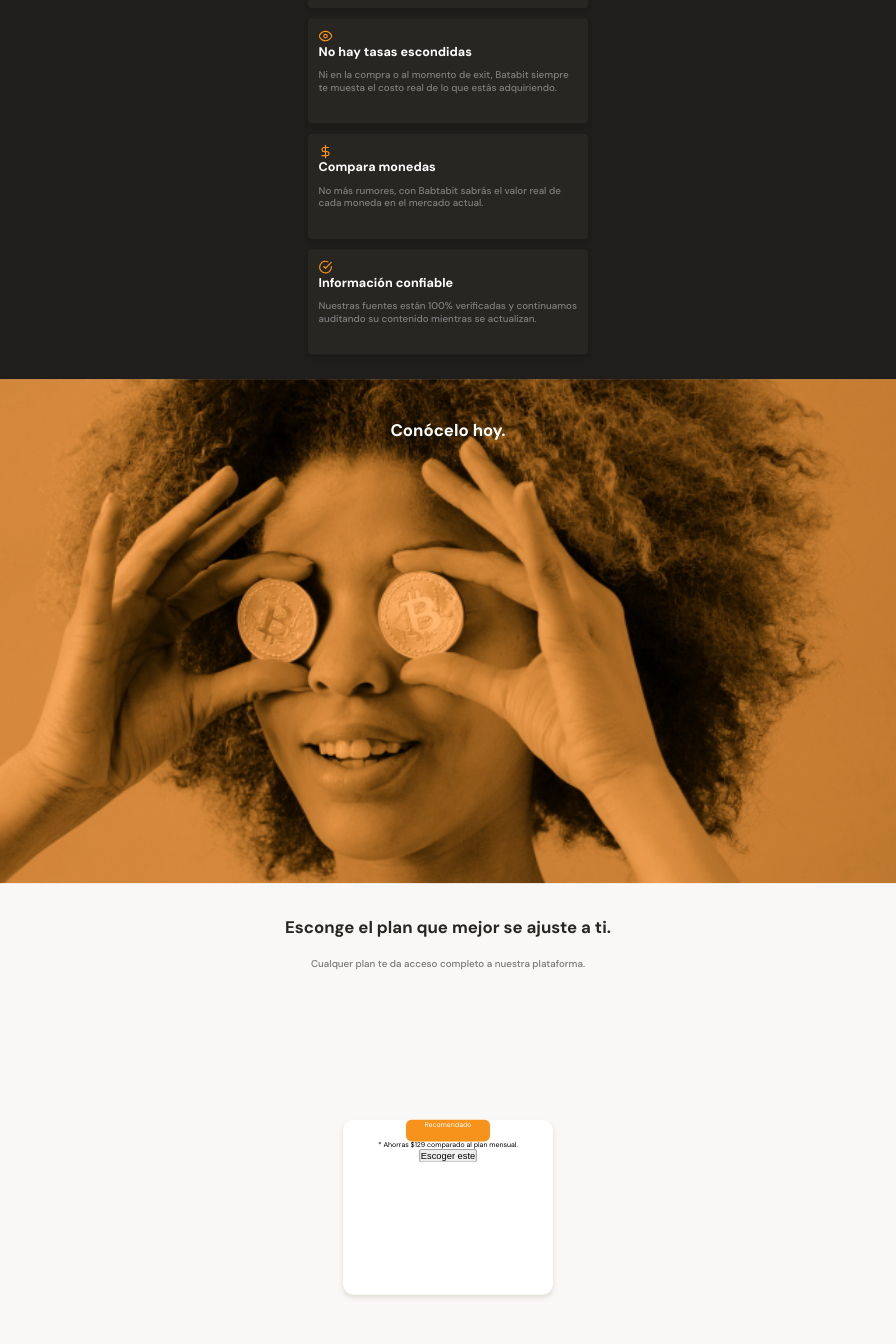
Repository: elto82/mobileFirst
Page: index.html
The author's editor kept a copy of each file at every save. The page is drawn from the files as they stood at one save, then again after the next save.
The browser window is 1280 px wide. The pictures show the part of the page from y = 1441 to 3361 px (the page is 3361 px tall), at 70% of full size.
Some web fonts or font styles are not loaded; a fallback is used.

Above is the page before, as saved 2022-06-08 20:02:35.

### index.html
<!DOCTYPE html>
<html lang="en">
  <head>
    <meta charset="UTF-8" />
    <meta http-equiv="X-UA-Compatible" content="IE=edge" />
    <meta name="viewport" content="width=device-width, initial-scale=1.0" />
    <link rel="preconnect" href="https://fonts.googleapis.com" />
    <link rel="preconnect" href="https://fonts.gstatic.com" crossorigin />
    <link
      href="https://fonts.googleapis.com/css2?family=DM+Sans:wght@400;500;700&family=Inter:wght@300;500&family=Poppins:ital,wght@0,300;1,400;1,600&family=Quicksand:wght@300;500;700&family=Roboto:wght@400;700&family=Rubik+Beastly&display=swap"
      rel="stylesheet"
    />
    <link rel="stylesheet" href="./style.css">
    <title>Document</title>
  </head>
  <body>
    <header>
        <img src="./assets/img/logo.svg" alt="">
        <div class="header-title-container">
            <h1>La próxima revolución en el intercambio de criptomonedas.</h1>
            <p>Batatabit te ayuda a navegar entre los diferentes precios y tendencias.  </p>
            <a href="#plans" class="header-button">Conoce nuestros planes <span></span></a>
        </div>
    </header>
    <main>
      <section class="main-exchange-container">
          <div class="backgroundImg"></div>
          <div class="main-exchange-conintainer--title">
            <h2>Visibilizamos todas las tasas de cambio.</h2>
            <p>Traemos información en tiempo real de las casas de cambio y las monedas más importantes del mundo.</p>
          </div>
          <section class="main-tables-container">
              <div class="main-currency-table">
                <p class="currency-table--title">Monedas</p>
                <div class="currency-table--container">
                  <table>
                    <tr>
                      <td class="table__top-left">Bitcoin</td>
                      <td class="table__top-right table__right" >$1.96 <span class="down"></span></td>
                    </tr>
                    <tr>
                      <td>Ethereum</td>
                      <td class="table__right">$0.07 <span class="up"></span></td>
                    </tr>
                    <tr>
                      <td>Riple</td>
                      <td class="table__right">$2.15<span class="down"></span></td>
                    </tr>
                    <tr>
                      <td class="table__bottom-left">Stellar</td>
                      <td class="table__botton-right table__right">$4.96 <span class="down"></span></td>
                    </tr>
                  </table>
                </div>
                <div class="currency-table--date">
                  <p><b> Actualizado:</b> 19 julio 23:45</p>
                </div>
              </div>
          </section>
      </section>

      <section class="main-product-detail">
        <span class="product-detail--batata-logo"></span>
        <div class="product-detail--title">
          <h2>Creamos un producto sin comparación.</h2>
          <p>Confiable y diseñado para su uso diario.</p>
        </div>
        <section class="product-cards--container">
          <article class="product-detail--card">
            <span class="clock"></span>
            <p class="product--card-title">Tiempo real</p>
            <p class="product--card-body">Nuestro API toma información minuto a minuto sobre las tasas que más determinan el comportamiento.</p>
          </article>
          <article class="product-detail--card">
            <span class="eye"></span>
            <p class="product--card-title">No hay tasas escondidas</p>
            <p class="product--card-body">Ni en la compra o al momento de exit, Batabit siempre te muesta el costo real de lo que estás adquiriendo.</p>
          </article>
          <article class="product-detail--card">
            <span class="money"></span>
            <p class="product--card-title">Compara monedas</p>
            <p class="product--card-body">No más rumores, con Babtabit sabrás el valor real de cada moneda en el mercado actual.</p>
          </article>
          <article class="product-detail--card">
            <span class="ok"></span>
            <p class="product--card-title">Información confiable</p>
            <p class="product--card-body">Nuestras fuentes están 100% verificadas y continuamos auditando su contenido mientras se actualizan.</p>
          </article>
        </section>
      </section>
      <section class="bitcoint-img-container">
        <h2>Conócelo hoy.</h2>
      </section>
      <section id="plans" class="main-plans-container">
        <div class="plans--title">
          <h2>Esconge el plan que mejor se ajuste a ti.</h2>
          <p>Cualquer plan te da acceso completo a nuestra plataforma.</p>
        </div>
        <section class="plans-container--slider">
          <article class="plans-conteiner--card">
            <p class="recommended">Recomendado</p>
            <div class="plan-info-container">
              <h3 class="plan-card--title">Pago Anual</h3>
              <p class="plan-card--price"><span>$</span>99</p>
              <p class="plan-card--saving">* Ahorras $129 comparado al plan mensual.</p>
              <button class="plan-card--ca">Escoger este <span></span></button>
            </div>
          </article>
        </section>
      </section>
    </main>
    <footer></footer>
  </body>
</html>

### style.css
/*
1. Posicionamiento
2. Modelo de caja (box model)
3. Tipografia
4.Visuales
5. Otros
*/
:root{
    /* colores */
    --bitcoin-orange:#f7931a;
    --soft-orange: #ffe9d5;
    --secondary-blue:#1a9af7;
    --soft-blue: #e7f5ff;
    --warm-black: #201e1c;
    --black:#282623;
    --grey:#bababa;
    --off-white:#faf8f7;
    --just-white:#fff;

}
*{
    box-sizing: border-box;
    margin: 0;
    padding: 0;
}
html{
    font-size: 62.5%;
    font-family: 'DM Sans', sans-serif;;
}
header{
    position: relative;
    display: flex;
    flex-direction: column;
    justify-content: center;
    width: 100%;
    min-width: 32rem;
    height: 34rem;
    text-align: center;
    background: linear-gradient(207.8deg, #201e1c 16.69%, #f7931a 100%);
}
header img{
    width: 15rem;
    height: 2.4rem;
    margin-top: 6rem;
    align-self: center;
}
.header-title-container{
    width: 90%;
    min-width: 28.8rem;
    max-width: 90rem;
    height: 21.8rem;
    margin-top: 4rem;
    text-align: center;
    align-self: center;
}
.header-title-container h1{
    font-size: 2.4rem;
    font-weight: bold;
    line-height: 2.6rem;
    color: var(--just-white);
}
.header-title-container p{
    margin-top: 2.5rem;
    font-size: 1.4rem;
    font-weight: 500;
    line-height: 1.8rem;
    color: var(--soft-orange);
}
.header-title-container .header-button{
    position: absolute;
    left: calc(50% - 11.8rem);
    top: 27rem;
    display: block;
    margin-top: 3.5rem;
    padding: 1.5rem;
    width: 22.9rem;
    height: 4.8rem;
    background-color: var(--off-white);
    box-shadow: 0px 4px 8px rgba(89, 73, 30, 0.16);
    border: none;
    border-radius: 0.5rem;
    font-size: 1.4rem;
    font-weight: bold;
    text-decoration: none;
    color: var(--black);
}
.header-button span{
    display: inline-block;
    width: 1.3rem;
    height: 0.8rem;
    margin-left: 1rem;
    background-image: url('./assets/icons/down-arrow.svg');
}
main{
    width: 100%;
    height: auto;
    background-color: var(--off-white);
}
.main-exchange-container{
    width: 100%;
    height: auto;
    padding-top: 8rem;
    padding-bottom: 3rem;
    text-align: center;
}
.main-exchange-conintainer--title{
    width: 90%;
    min-width: 28.8rem;
    max-width: 90rem;
    margin: 0 auto;
}
.main-exchange-container .backgroundImg{
    width: 20rem;
    height: 20rem;
    margin: 0 auto;
    margin-bottom: 5rem;
    background-image: url('./assets/img/Bitcoin.svg');
    background-size: cover;
    background-position: center;
    background-repeat: no-repeat;
}
.main-exchange-container h2{
    margin-bottom: 3rem;
    font-size: 2.4rem;
    font-weight: bold;
    line-height: 2.6rem;
    color: var(--black);
}
.header-title-container p{
    margin-bottom: 3rem;
    font-size: 1.4rem;
    font-weight: 500;
    line-height: 1.6rem;
    color: #757575;
}
.main-currency-table{
    width: 70%;
    min-width: 23.5rem;
    max-width: 50re;
    height: 36rem;
    margin: 0 auto;
    font-family: 'Inter', 'sans-serif';
}
.main-currency-table .currency-table--title{
    margin-top: 2rem;
    margin-bottom: 1.5rem;
    font-size: 1.8rem;
    font-weight: bold;
    line-height: 2.3rem;
    color: var(--bitcoin-orange);
}
.currency-table--container{
    width: 90%;
    min-width: 23rem;
    max-width: 30rem;
    height: 25rem;
    margin: 0 auto;
}
.currency-table--container table{
    width: 100%;
    height: 100%;
}
.currency-table--container td{
    width: 50%;
    font-size: 1.6rem;
    font-weight: 500;
    line-height: 1.9rem;
    color: var(--grey);
    background-color: var(--just-white);
}
.currency-table--container .table__top-left{
    border-radius: 1.5rem 0 0 0;
}
.currency-table--container .table__top-right{
    border-radius: 0 1.5rem 0 0;
}
.currency-table--container .table__bottom-left{
    border-radius: 0 0 0 1.5rem;
}
.currency-table--container .table__botton-right{
    border-radius: 0 0 1.5rem 0;
}
.currency-table--container .table__right{
    font-size: 1.4rem;
    font-weight: normal;
    line-height: 1.7rem;
    color: #757575;
}
.currency-table--container .down{
    display: inline-block;
    width: 1.5rem;
    height: 1.5rem;
    margin-left: 1rem;
    background-image: url('./assets/icons/trending-down.svg');
    background-size: cover;
    background-position: center;
    background-repeat: no-repeat;
}
.currency-table--container .up{
    display: inline-block;
    width: 1.5rem;
    height: 1.5rem;
    margin-left: 1rem;
    background-image: url('./assets/icons/trending-up.svg');
    background-size: cover;
    background-position: center;
    background-repeat: no-repeat;
}
.currency-table--date{
    width: 19rem;
    height: 3rem;
    margin: 0 auto;
    margin-top: 1.5rem;
    padding: 0.8rem;
    background-color: var(--soft-orange);
    border-radius: 0.8rem;
    box-shadow: 0px 4px 8px rgba(89, 73, 30, 0.16);
}
.currency-table--date p{
    font-weight: 300;
    font-size: 1.2rem;
    line-height: 1.5rem;
    color: var(--warm-black);
}
.main-product-detail{
    position: relative;
    width: 100%;
    min-width: 32rem;
    height: auto;
    padding: 2rem 1rem;
    background-color: var(--warm-black);
}
.product-detail--batata-logo{
    position: absolute;
    width: 4rem;
    height: 2.5rem;
    top: -1rem;
    left: calc(50% - 2rem);
    background-image: url('./assets/icons/batata.svg');

}
.product-detail--title{
    width: 90%;
    min-width: 28.8rem;
    height: auto;
    margin: 0 auto;
    margin-top: 5rem;
    text-align: center;
}
.product-detail--title h2{
    margin-bottom: 2rem;
    font-size: 2.4rem;
    font-weight: bold;
    line-height: 2.6rem;
    color: var(--just-white);
}
.product-detail--title p{
    margin-bottom: 2rem;
    font-size: 1.4rem;
    font-weight: 500;
    line-height: 1.8rem;
    color: #808080;
}
.product-detail--card{
    width: 90%;
    min-width: 28.8rem;
    max-width: 40rem;
    min-height: 15rem;
    margin: 1.5rem auto;
    padding: 1.5rem;
    background-color: var(--black);
    border-radius: 0.5rem;
    box-shadow: 0 4px 8px rgba(0, 0, 0, 0.16);
}
.product-detail--card .clock{
    display: inline-block;
    width: 2rem;
    height: 2rem; ;
    background-image: url('./assets/icons/clock.svg');
    background-size: cover;
    background-position: center;
    background-repeat: no-repeat;
}
.product-detail--card .eye{
    display: inline-block;
    width: 2rem;
    height: 2rem; ;
    background-image: url('./assets/icons/eye.svg');
    background-size: cover;
    background-position: center;
    background-repeat: no-repeat;
}
.product-detail--card .money{
    display: inline-block;
    width: 2rem;
    height: 2rem; ;
    background-image: url('./assets/icons/dollar-sign.svg');
    background-size: cover;
    background-position: center;
    background-repeat: no-repeat;
}
.product-detail--card .ok{
    display: inline-block;
    width: 2rem;
    height: 2rem; ;
    background-image: url('./assets/icons/check-circle.svg');
    background-size: cover;
    background-position: center;
    background-repeat: no-repeat;
}
.product--card-title{
    margin-bottom: 1.5rem;
    font-size: 1.8rem;
    font-weight: bold;
    line-height: 1.8rem;
    color: var(--just-white);
}
.product--card-body{
    font-size: 1.4rem;
    font-weight: 500;
    line-height: 1.8rem;
    color: #808080;
}
.bitcoint-img-container{
    width: 100%;
    min-width: 32rem;
    height: 100vh;
    background-image:url('./assets/img/bitcoinbaby2x.jpg');
    background-size: cover;
    background-position: center;
    background-repeat: no-repeat;
    text-align: center;
}
.bitcoint-img-container h2{
    padding-top: 6rem;
    font-size: 2.4rem;
    font-weight: bold;
    line-height: 2.6rem;
    color: var(--just-white);

}
.main-plans-container{
    width: 100%;
    min-width: 32rem;
    padding-bottom: 7rem;
    text-align: center;
}
.plans--title{
    width: 90%;
    min-height: 28.8rem;
    height: auto;
    margin: 0 auto;
    margin-bottom: 5rem;
}
.plans--title h2{
    padding-top: 5rem;
    font-size: 2.4rem;
    font-weight: bold;
    line-height: 2.6rem;
    color: var(--black);
}
.plans--title p{
    padding-top: 3rem;
    font-size: 1.4rem;
    font-weight: 500;
    font-weight: 10.8rem;
    color: #757575;
}
.plans-conteiner--card{
    position: relative;
    width: 70%;
    min-width: 23rem;
    max-width: 30rem;
    height: 25rem;
    margin: 5rem auto 0;
    padding: 0 1.5rem;
    background-color: var(--just-white);
    border-radius: 1.5rem;
    box-shadow: 0 4px 8px rgba(89, 73, 30, 0.16);
}
.recommended{
    position: absolute;
    width: 12rem;
    height: 3.1rem;
    left: calc(50% - 6rem);
    background-color: var(--bitcoin-orange);
    border-radius: 0.8rem;
    color: var(--just-white);

}

After the next save:
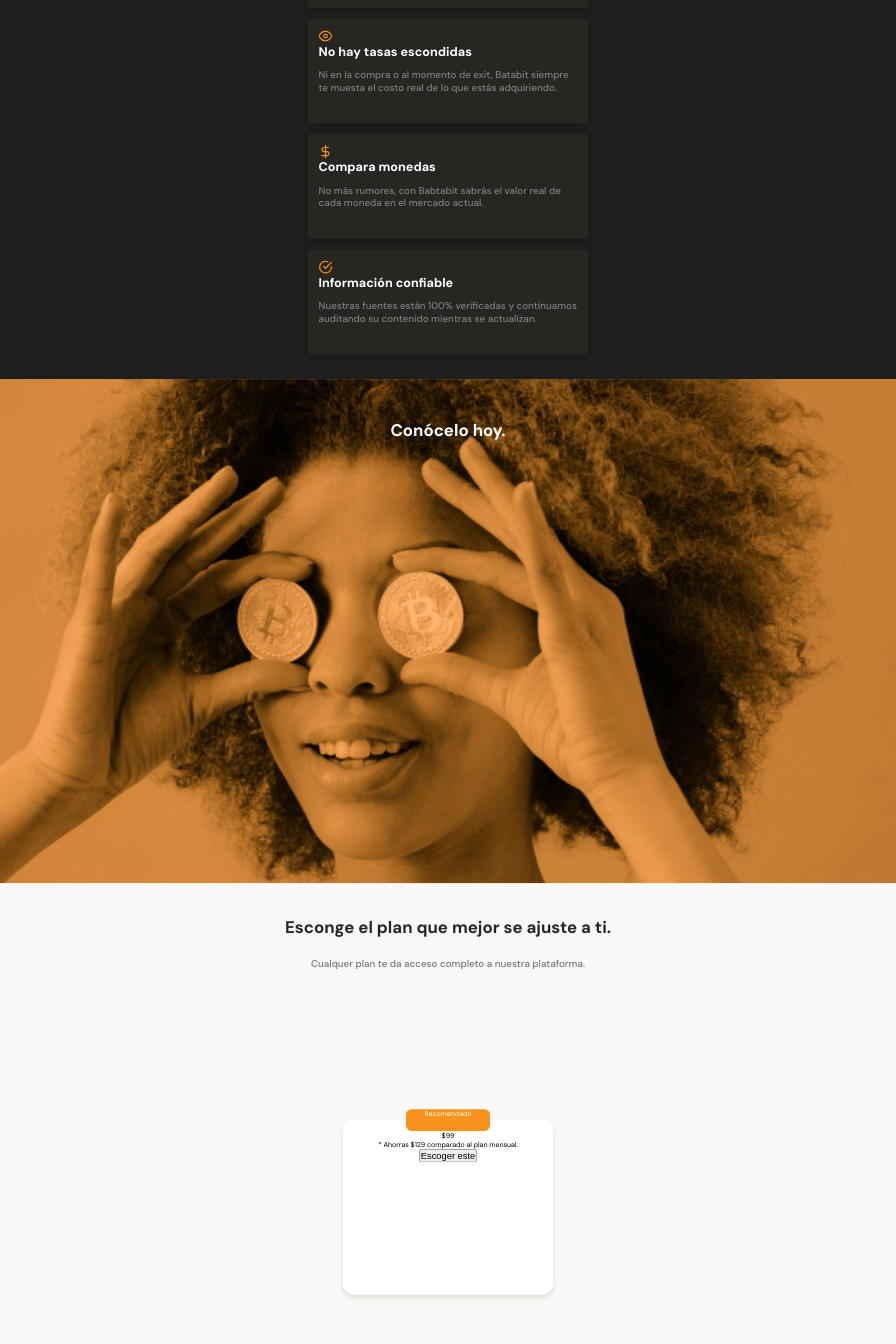
Saved 28 s later.
--- a/style.css
+++ b/style.css
@@ -383,6 +383,7 @@
     width: 12rem;
     height: 3.1rem;
     left: calc(50% - 6rem);
+    top: -1.5rem;
     background-color: var(--bitcoin-orange);
     border-radius: 0.8rem;
     color: var(--just-white);
